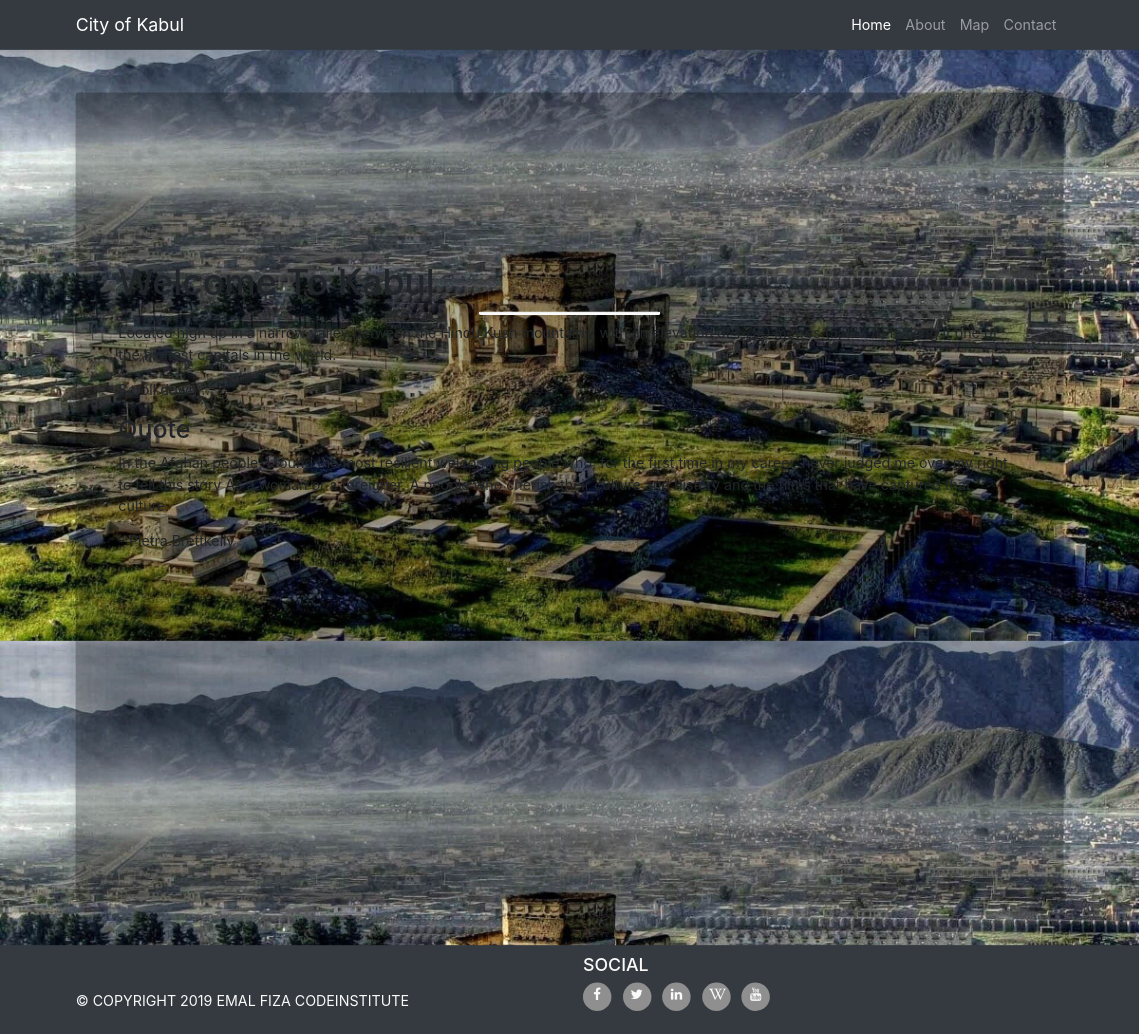
Repository: emalfiza/project-kabul
Page: index.html
The author's editor kept a record of every edit. The page is drawn from the files as they stood at one moment, then again after the next edit.
The browser window is 1280 px wide. The pictures show the whole page, at 89% of full size.
Backgrounds fixed to the window are drawn as part of the page. Some web fonts or font styles are not loaded; a fallback is used. Some web libraries are served in a nearby version.

Above is the page before.

After the next edit:
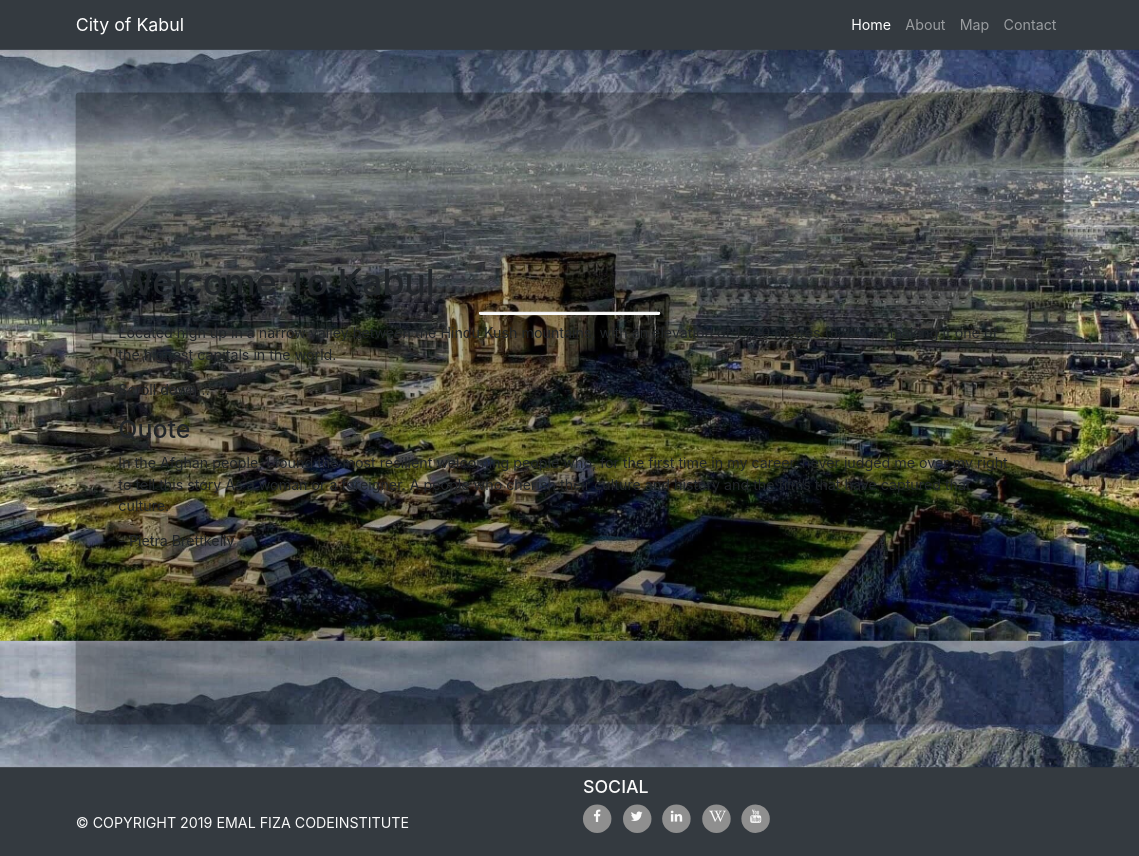
The edit:
--- a/index.html
+++ b/index.html
@@ -56,7 +56,7 @@
             <p>Located high up in a narrow valley between the Hindu Kush mountains, with an elevation of 1,790 metres (5,873 ft) making it one of the highest capitals in the world.</p>
             <p>Scroll down...</p>
           </div>
-          <div style="height: 500px">
+          <div class="quote" style="height: 300px">
             <h3>Quote</h3>
             <P>In the Afghan people, I found the most resilient welcoming people who, for the first time in my career, never judged me over my right to tell this story
             As a woman or a foreigner. A people who cherish their culture and history and the films that have captured that culture.</P>
